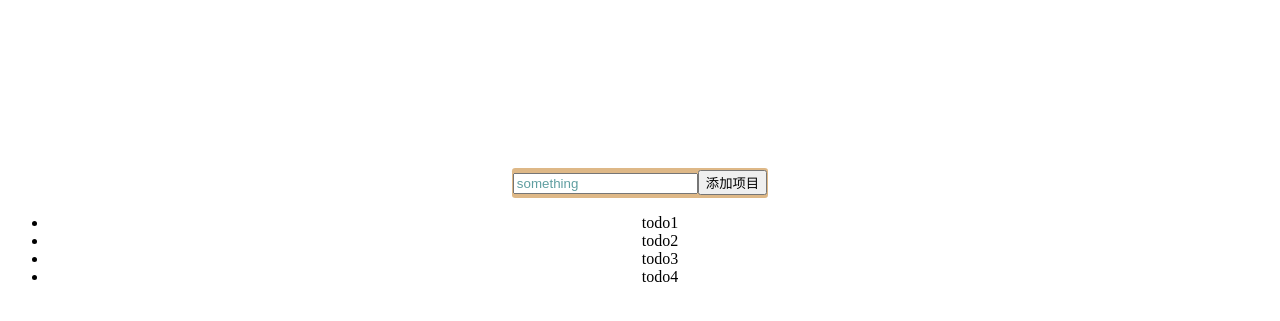
Repository: ArtemisWang/todolistProject
Page: /
An editor plug-in stored every save of this project. The page is shown before and after the next save, followed by the edit.
The browser window is 1280 px wide. The pictures show the whole page.
The project was rebuilt for these pictures with package versions that can differ from the ones it lists, and the page was loaded fresh each time.

Above is the page before, as saved 2020-02-28 21:39:59.

After the next save:
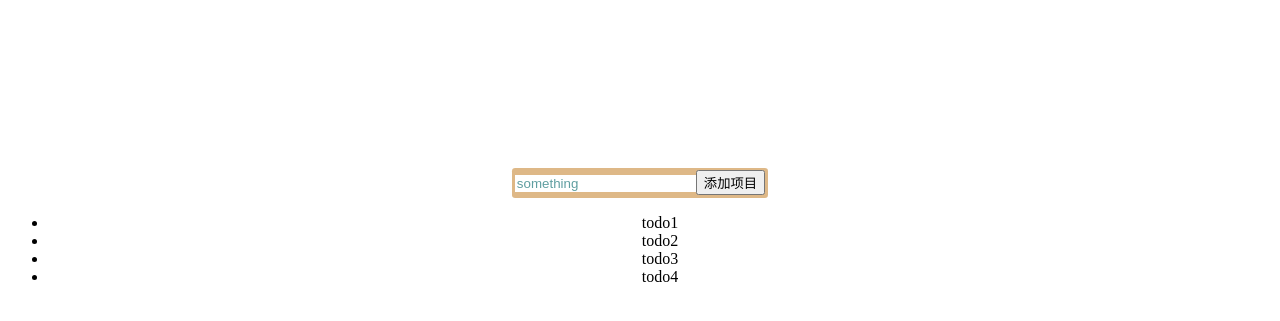
Saved 27 s later.
--- a/src/App.css
+++ b/src/App.css
@@ -16,4 +16,5 @@
 
 .input-text{
     color: cadetblue;
+    border: cornflowerblue 1px ;
 }
